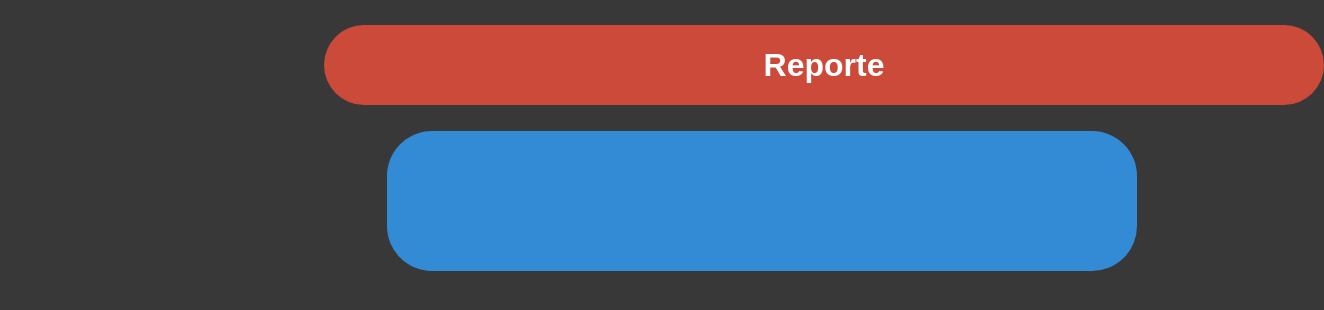
Repository: nathanvdev/LFP_PR_202001568
Page: plantilla.html
The author's editor kept a copy of each file at every save. The page is drawn from the files as they stood at one save, then again after the next save.
The browser window is 1280 px wide. The page is 1324 px wide, so the pictures cover 1324 px, including what lies to the right of the window. The pictures show the whole page.

Above is the page before, as saved 2022-02-19 18:48:38.

### plantilla.html

<!DOCTYPE html>
<html lang="en">
<head>
    <meta charset="UTF-8">
    <meta http-equiv="X-UA-Compatible" content="IE=edge">
    <meta name="viewport" content="width=device-width, initial-scale=1.0">
    <title>Document</title>
</head>
<style>
    body{
        font-family: sans-serif;
    }
    .titlebox{
        background-color: rgb(204, 74, 57);
        height: 80px;
        width: 1000px;
        margin: 2%;
        margin-left: 25%;
        border-radius: 45px;


        display: flex;
        justify-content: center;
    }
    .PersonalInfo{
        background-color: rgb(50, 139, 212);
        height: 140px;
        width: 750px;
        margin: 2%;
        margin-left: 30%;
        border-radius: 45px;
    }
</style>
<body style="background-color: rgb(56, 56, 56);">
    <div class="titlebox">
        <h1 style="color: white;">Reporte</h1>
    </div>
    <div class="PersonalInfo">

    </div>
</body>
</html>

After the next save:
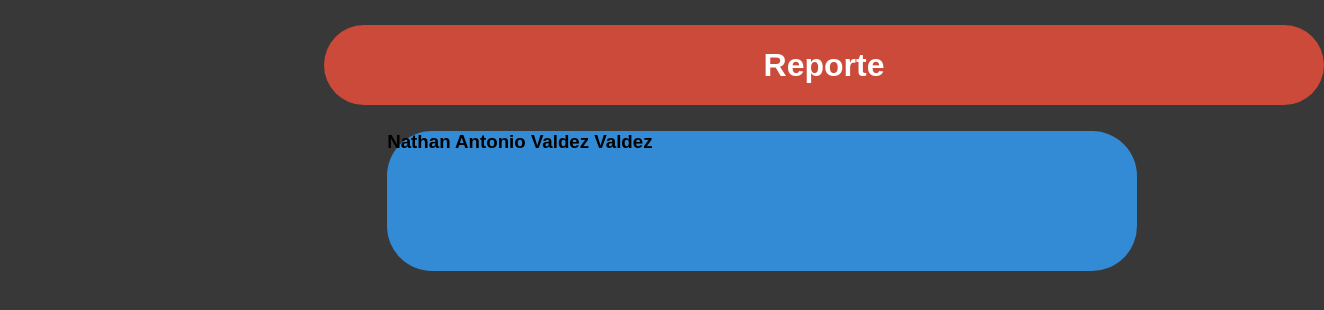
Saved 89 s later.
--- a/plantilla.html
+++ b/plantilla.html
@@ -37,7 +37,9 @@
         <h1 style="color: white;">Reporte</h1>
     </div>
     <div class="PersonalInfo">
-
+        <h3>
+            Nathan Antonio Valdez Valdez
+        </h3>
     </div>
 </body>
 </html>
